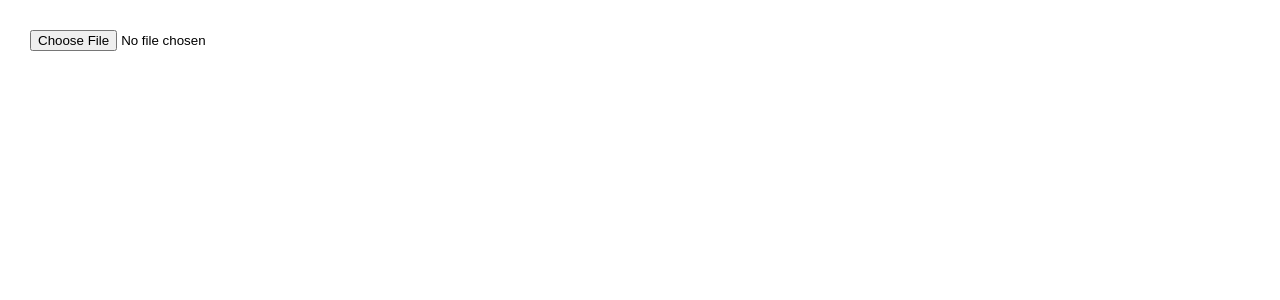
Repository: Gaays/camera-watermark
Page: /
An editor plug-in stored every save of this project. The page is shown before and after the next save, followed by the edit.
The browser window is 1280 px wide. The pictures show the whole page.
The project was rebuilt for these pictures with package versions that can differ from the ones it lists, and the page was loaded fresh each time. Also part of the build but not shown: vue.config.js.

Above is the page before, as saved 2024-08-17 20:40:03.

After the next save:
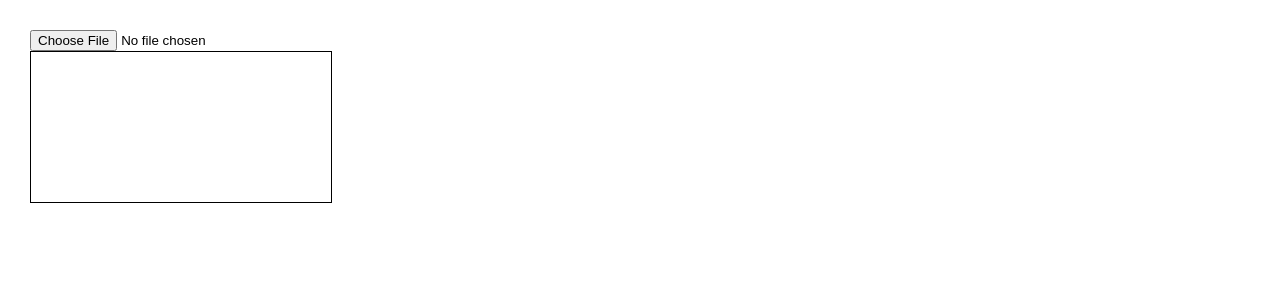
Saved 8 min 39 s later.
--- a/src/components/cameraWatermark.vue
+++ b/src/components/cameraWatermark.vue
@@ -3,7 +3,7 @@
     <input type="file" id="fileInput" accept="image/*" @change="handleFileChange">
     <div class="show-box">
       <div class="img-box">
-        <img v-if="imgSrc" :src="imgSrc">
+        <canvas id="imageCanvas" style="border: 1px solid black;"></canvas>
       </div>
       <div class="data-box">
         <span>{{ output }}</span>
